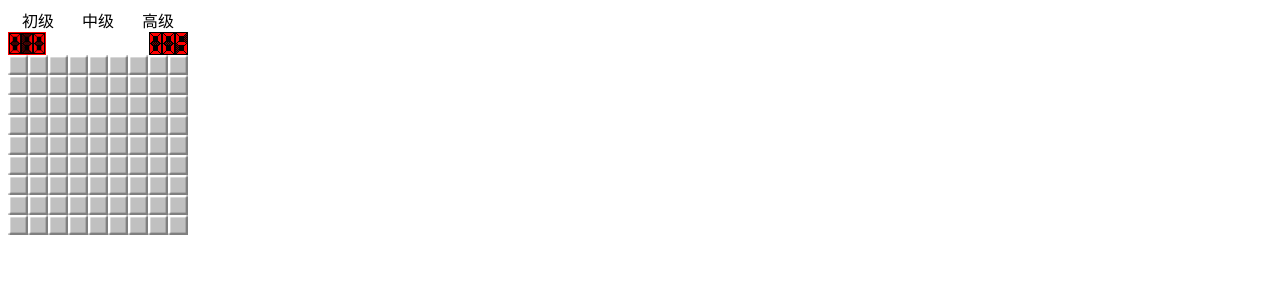
Repository: vLinv/MineSweeper
Page: index.html
These files come from the project's save history. The page is drawn as it stood at one moment and after the next save; the edit follows.
The browser window is 1280 px wide. The pictures show the whole page.

Above is the page before, as saved 2022-02-18 11:51:17.

After the next save:
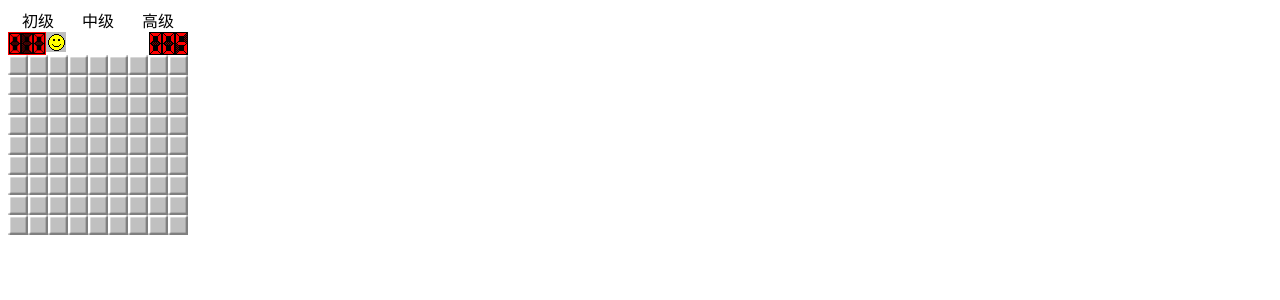
Saved 11 s later.
--- a/index.html
+++ b/index.html
@@ -17,7 +17,9 @@
   <div class="game_wrap">
     <div class="header_wrap">
       <canvas id="mineNumCanvas" width="39" height="23" style="border: 1px solid red;"></canvas>
-      <div class="face_btn"></div>
+      <div class="face_btn">
+        <img src="./img/face_normal.gif" alt="">
+      </div>
       <canvas id="timeCanvas" width="39" height="23"></canvas>
     </div>
     <div class="section_wrap">
